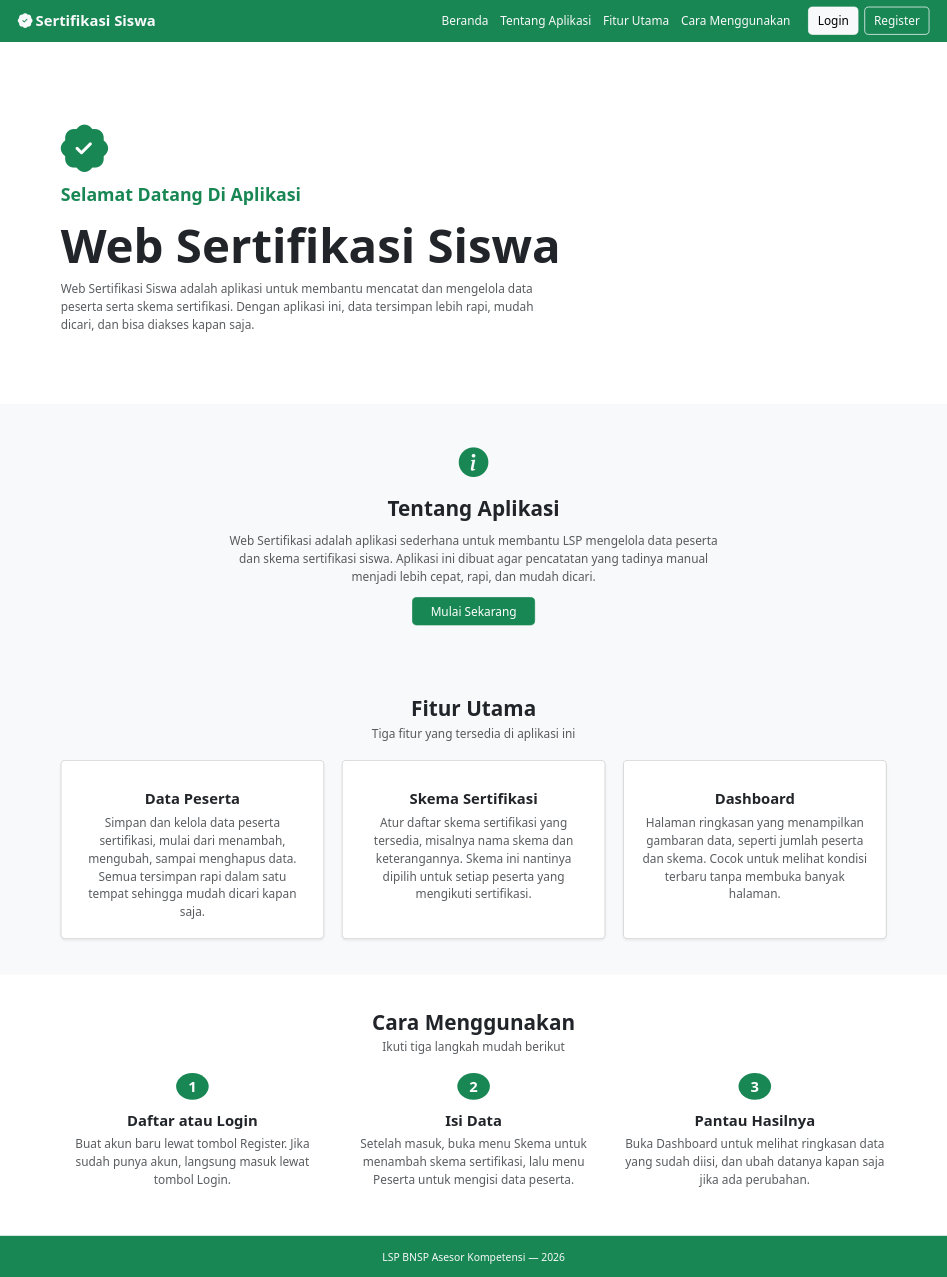
Repository: Zaki-Blip/USK_Project
Page: http://localhost/
An editor plug-in stored every save of this project. The page is shown before and after the next save, followed by the edit.
The browser window is 1280 px wide. The pictures show the whole page, at 74% of full size.
The page is served by the project's Laravel application, run on PHP 8.4 with Laravel 12. Other server files are loaded and not shown.

Above is the page before, as saved 2026-10-13 18:08:43.

### routes/web.php
<?php

use Illuminate\Support\Facades\Route;
use App\Http\Controllers\AuthController;
use App\Http\Controllers\DashboardController;
use App\Http\Controllers\PesertaController;
use App\Http\Controllers\SkemaController;

// Halaman Awal (publik)
Route::view('/', 'halamanAwal')->name('halamanAwal');

// Area Guest (belum login)
Route::middleware('guest')->group(function () {
    Route::get('/login', [AuthController::class, 'showLogin'])->name('login');
    Route::post('/login', [AuthController::class, 'login']);

    Route::get('/register', [AuthController::class, 'showRegister'])->name('register');
    Route::post('/register', [AuthController::class, 'register']);
});

// Area Terproteksi (sudah login)
Route::middleware('auth')->group(function () {
    Route::post('/logout', [AuthController::class, 'logout'])->name('logout');
    Route::get('/dashboard', [DashboardController::class, 'index'])->name('dashboard');

    // Khusus admin
    Route::middleware('role:admin')->group(function () {
        Route::resource('peserta', PesertaController::class)
            ->parameters(['peserta' => 'peserta'])
            ->only(['destroy']);

        Route::resource('skema', SkemaController::class);
    });

    // Admin & user (pembatasan data dilakukan di controller)
    Route::resource('peserta', PesertaController::class)
        ->parameters(['peserta' => 'peserta'])
        ->only(['index', 'show', 'create', 'store', 'edit', 'update']);
});

### resources/views/halamanAwal.blade.php
<!DOCTYPE html>
<html lang="id">
<head>
    <meta charset="UTF-8">
    <meta name="viewport" content="width=device-width, initial-scale=1">
    <title>Selamat Datang - Web Sertifikasi</title>
    <link href="https://cdn.jsdelivr.net/npm/bootstrap@5.3.0/dist/css/bootstrap.min.css" rel="stylesheet">
    <link href="https://cdn.jsdelivr.net/npm/bootstrap-icons@1.11.0/font/bootstrap-icons.css" rel="stylesheet">
    <style>
        html { scroll-behavior: smooth; }
        section { scroll-margin-top: 70px; } /* supaya judul tidak tertutup oleh navbar */
    </style>
</head>
<body class="bg-white">

<nav class="navbar navbar-expand-md bg-success sticky-top">
    <div class="container-fluid px-4">
        <a href="#beranda" class="navbar-brand fw-bold text-light">
            <i class="bi bi-patch-check-fill me-1"></i>Sertifikasi Siswa
        </a>
        <button class="navbar-toggler bg-light" type="button" data-bs-toggle="collapse" data-bs-target="#menu">
            <span class="navbar-toggler-icon"></span>
        </button>
        <div class="collapse navbar-collapse" id="menu">
            <ul class="navbar-nav ms-auto me-md-3">
                <li class="nav-item"><a class="nav-link text-light" href="#beranda">Beranda</a></li>
                <li class="nav-item"><a class="nav-link text-light" href="#tentang">Tentang Aplikasi</a></li>
                <li class="nav-item"><a class="nav-link text-light" href="#fitur">Fitur Utama</a></li>
                <li class="nav-item"><a class="nav-link text-light" href="#cara">Cara Menggunakan</a></li>
            </ul>
            <div class="d-flex gap-2 mt-2 mt-md-0">
                <a href="{{ route('login') }}" class="btn btn-light">Login</a>
                <a href="{{ route('register') }}" class="btn btn-outline-light">Register</a>
            </div>
        </div>
    </div>
</nav>
@if(session('sukses'))
    <div class="alert alert-success text-center mb-0 rounded-0">{{ session('sukses') }}</div>
@endif
<section id="beranda" class="container text-start py-5">
    <div class="py-5">
        <i class="bi bi-patch-check-fill text-success" style="font-size: 4rem;"></i>
        <h4 class="text-success fw-bold">Selamat Datang Di Aplikasi</h4>
        <h1 class="display-3 fw-bold mt-3">Web Sertifikasi Siswa</h1>
        <p class="text-muted mb-0" style="max-width: 650px;">
            Web Sertifikasi Siswa adalah aplikasi untuk membantu mencatat dan mengelola
            data peserta serta skema sertifikasi. Dengan aplikasi ini, data tersimpan
            lebih rapi, mudah dicari, dan bisa diakses kapan saja.
        </p>
    </div>
</section>
<section id="tentang" class="bg-light py-5">
    <div class="container text-center" style="max-width: 700px;">
        <i class="bi bi-info-circle-fill text-success" style="font-size: 2.5rem;"></i>
        <h3 class="fw-bold mt-3 mb-3">Tentang Aplikasi</h3>
        <p class="text-muted">
            Web Sertifikasi adalah aplikasi sederhana untuk membantu LSP mengelola data
            peserta dan skema sertifikasi siswa. Aplikasi ini dibuat agar pencatatan yang
            tadinya manual menjadi lebih cepat, rapi, dan mudah dicari.
        </p>
        <a href="{{ route('login') }}" class="btn btn-success px-4">Mulai Sekarang</a>
    </div>
</section>
<section id="fitur" class="bg-light py-5">
    <div class="container text-center">
        <h3 class="fw-bold mb-1">Fitur Utama</h3>
        <p class="text-muted mb-4">Tiga fitur yang tersedia di aplikasi ini</p>

        <div class="row g-4">
            <div class="col-md-4">
                <div class="card h-100 shadow-sm p-4">
                    <i class="text-success" style="font-size: 2.5rem;"></i>
                    <h5 class="fw-bold mt-3">Data Peserta</h5>
                    <p class="text-muted mb-0">
                        Simpan dan kelola data peserta sertifikasi, mulai dari menambah,
                        mengubah, sampai menghapus data. Semua tersimpan rapi dalam satu tempat
                        sehingga mudah dicari kapan saja.
                    </p>
                </div>
            </div>
            <div class="col-md-4">
                <div class="card h-100 shadow-sm p-4">
                    <i class="text-success" style="font-size: 2.5rem;"></i>
                    <h5 class="fw-bold mt-3">Skema Sertifikasi</h5>
                    <p class="text-muted mb-0">
                        Atur daftar skema sertifikasi yang tersedia, misalnya nama skema dan
                        keterangannya. Skema ini nantinya dipilih untuk setiap peserta yang
                        mengikuti sertifikasi.
                    </p>
                </div>
            </div>
            <div class="col-md-4">
                <div class="card h-100 shadow-sm p-4">
                    <i class="text-success" style="font-size: 2.5rem;"></i>
                    <h5 class="fw-bold mt-3">Dashboard</h5>
                    <p class="text-muted mb-0">
                        Halaman ringkasan yang menampilkan gambaran data, seperti jumlah peserta
                        dan skema. Cocok untuk melihat kondisi terbaru tanpa membuka banyak halaman.
                    </p>
                </div>
            </div>
        </div>
    </div>
</section>

<section id="cara" class="container text-center py-5">
    <h3 class="fw-bold mb-1">Cara Menggunakan</h3>
    <p class="text-muted mb-4">Ikuti tiga langkah mudah berikut</p>

    <div class="row g-4">
        <div class="col-md-4">
            <span class="badge bg-success rounded-circle fs-5 px-3 py-2">1</span>
            <h5 class="fw-bold mt-3">Daftar atau Login</h5>
            <p class="text-muted">
                Buat akun baru lewat tombol Register. Jika sudah punya akun,
                langsung masuk lewat tombol Login.
            </p>
        </div>
        <div class="col-md-4">
            <span class="badge bg-success rounded-circle fs-5 px-3 py-2">2</span>
            <h5 class="fw-bold mt-3">Isi Data</h5>
            <p class="text-muted">
                Setelah masuk, buka menu Skema untuk menambah skema sertifikasi,
                lalu menu Peserta untuk mengisi data peserta.
            </p>
        </div>
        <div class="col-md-4">
            <span class="badge bg-success rounded-circle fs-5 px-3 py-2">3</span>
            <h5 class="fw-bold mt-3">Pantau Hasilnya</h5>
            <p class="text-muted">
                Buka Dashboard untuk melihat ringkasan data yang sudah diisi,
                dan ubah datanya kapan saja jika ada perubahan.
            </p>
        </div>
    </div>
</section>



<div class="bg-success text-light text-center py-3">
    <small>LSP BNSP Asesor Kompetensi — 2026</small>
</div>

<script src="https://cdn.jsdelivr.net/npm/bootstrap@5.3.0/dist/js/bootstrap.bundle.min.js"></script>
</body>
</html>

After the next save:
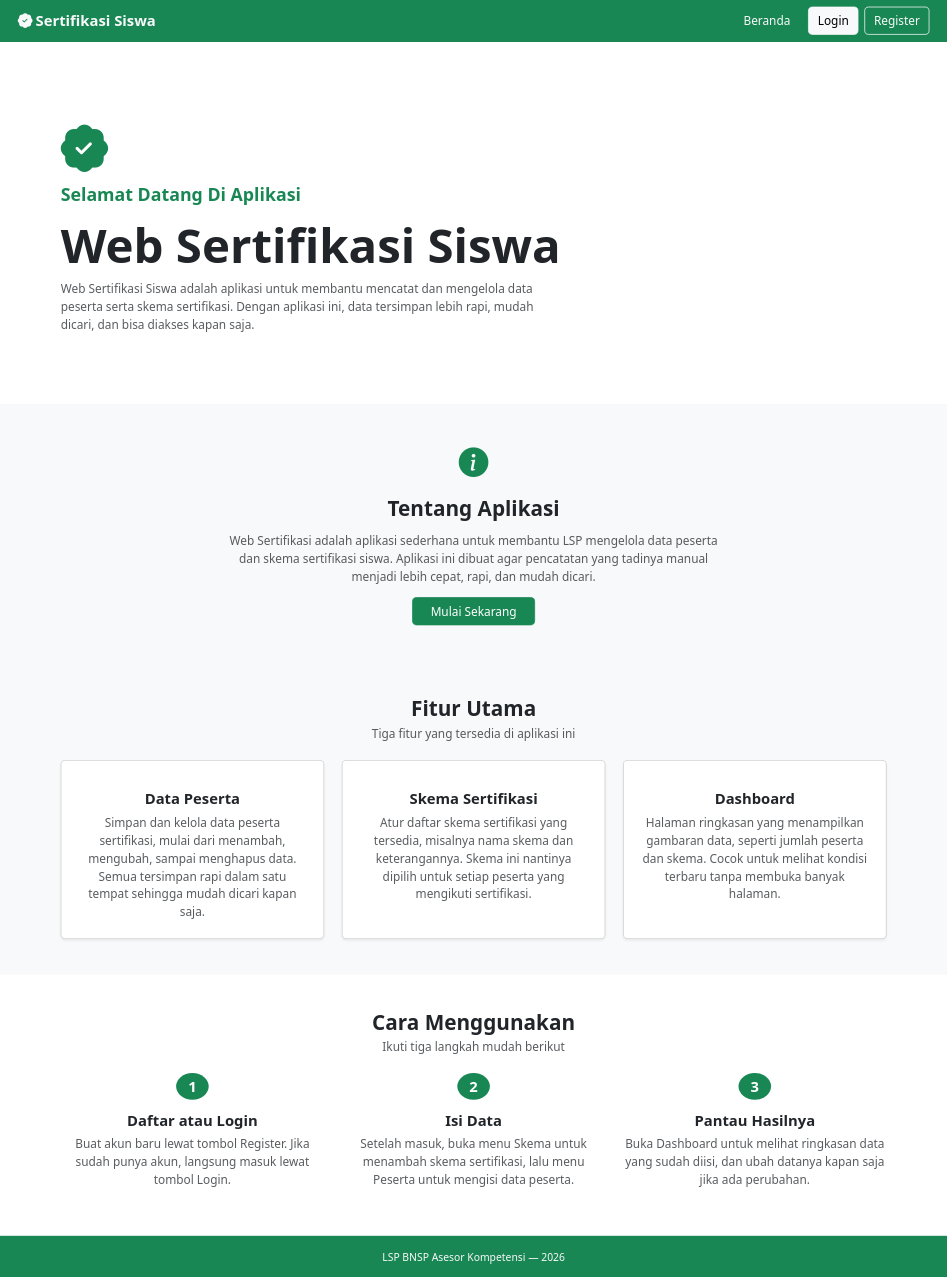
Saved 4 min 24 s later.
--- a/resources/views/halamanAwal.blade.php
+++ b/resources/views/halamanAwal.blade.php
@@ -24,9 +24,6 @@
         <div class="collapse navbar-collapse" id="menu">
             <ul class="navbar-nav ms-auto me-md-3">
                 <li class="nav-item"><a class="nav-link text-light" href="#beranda">Beranda</a></li>
-                <li class="nav-item"><a class="nav-link text-light" href="#tentang">Tentang Aplikasi</a></li>
-                <li class="nav-item"><a class="nav-link text-light" href="#fitur">Fitur Utama</a></li>
-                <li class="nav-item"><a class="nav-link text-light" href="#cara">Cara Menggunakan</a></li>
             </ul>
             <div class="d-flex gap-2 mt-2 mt-md-0">
                 <a href="{{ route('login') }}" class="btn btn-light">Login</a>
